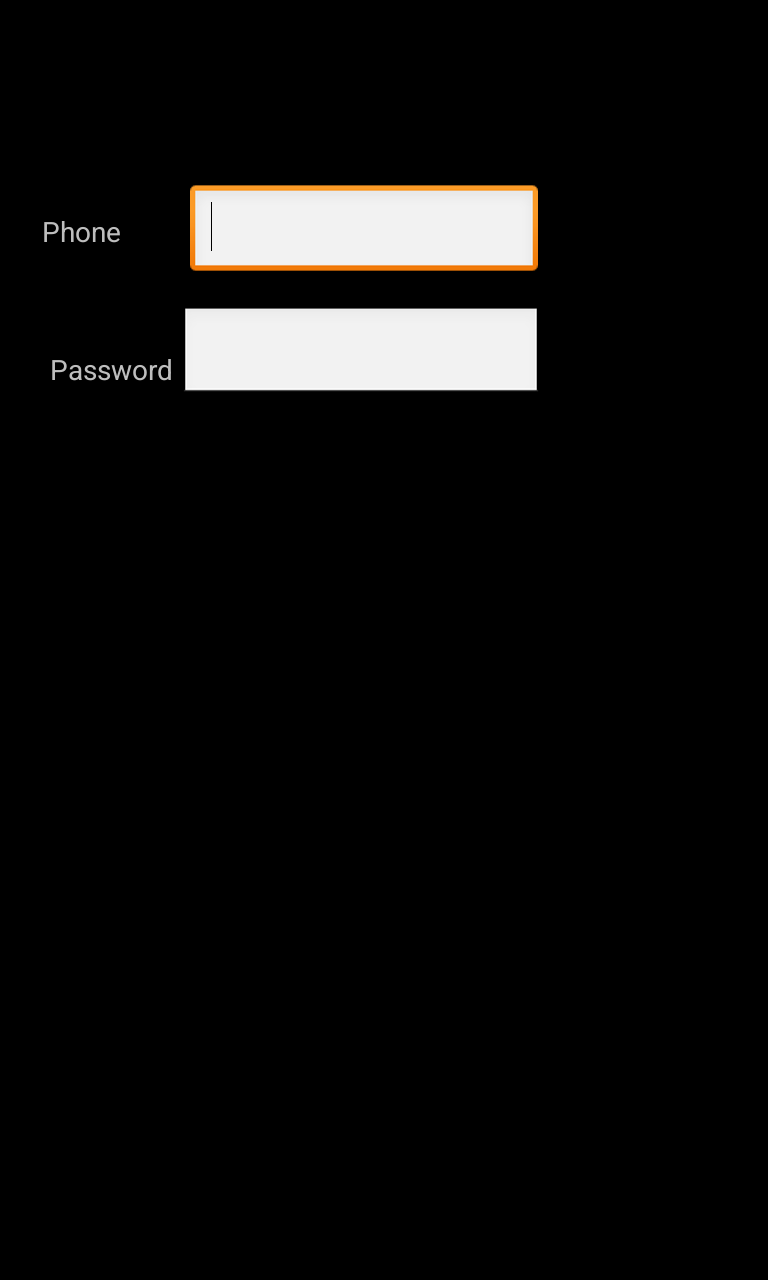
Repository: nuces-acm/DevFest-12-Team-9
Layout: data/Eclipse Workspace of android/Devfest/DCSClientApp/res/layout/signin.xml
These files come from the project's save history. The layout is drawn as it stood at one moment and after the next save; the edit follows.
It is drawn on a 768 x 1280 px phone screen (xhdpi) without system bars, with theme android:Theme; the app's code is not run.

Above is the layout before, as saved 2012-04-01 03:02:31.

After the next save:
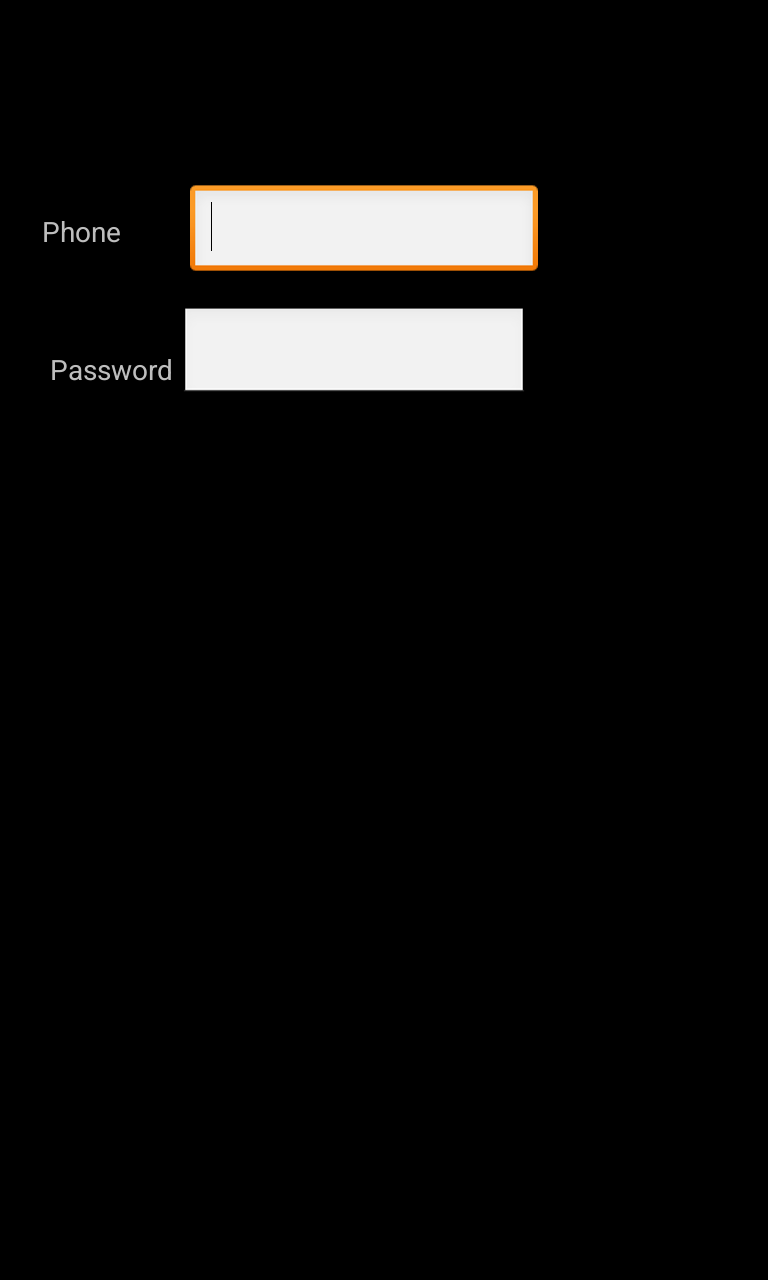
Saved 9 s later.
--- a/data/Eclipse Workspace of android/Devfest/DCSClientApp/res/layout/signin.xml
+++ b/data/Eclipse Workspace of android/Devfest/DCSClientApp/res/layout/signin.xml
@@ -37,7 +37,7 @@
 
     <EditText
         android:id="@+id/passwordET"
-        android:layout_width="181dp"
+        android:layout_width="174dp"
         android:layout_height="wrap_content"
         android:layout_x="90dp"
         android:layout_y="153dp"
